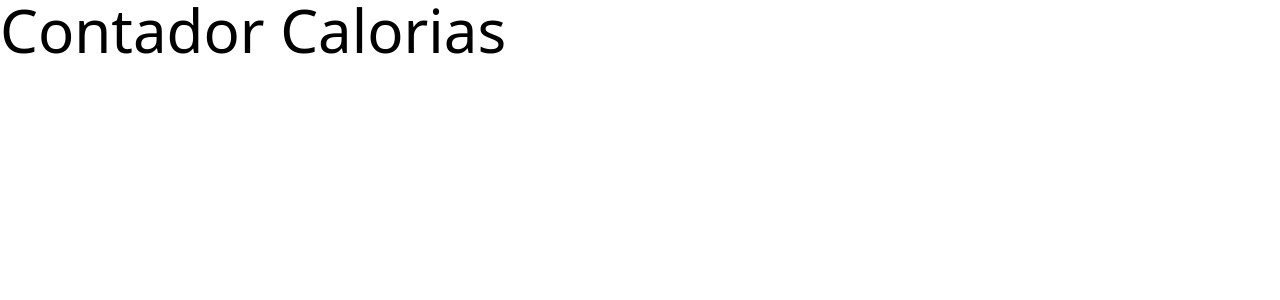
Repository: Matiiu/calorie-tracker
Page: /
The author's editor kept a copy of each file at every save. The page is drawn from the files as they stood at one save, then again after the next save.
The browser window is 1280 px wide. The pictures show the whole page.
The project was rebuilt for these pictures with package versions that can differ from the ones it lists, and the page was loaded fresh each time. Also part of the build but not shown: vite.config.ts.

Above is the page before, as saved 2024-03-30 22:25:56.

After the next save:
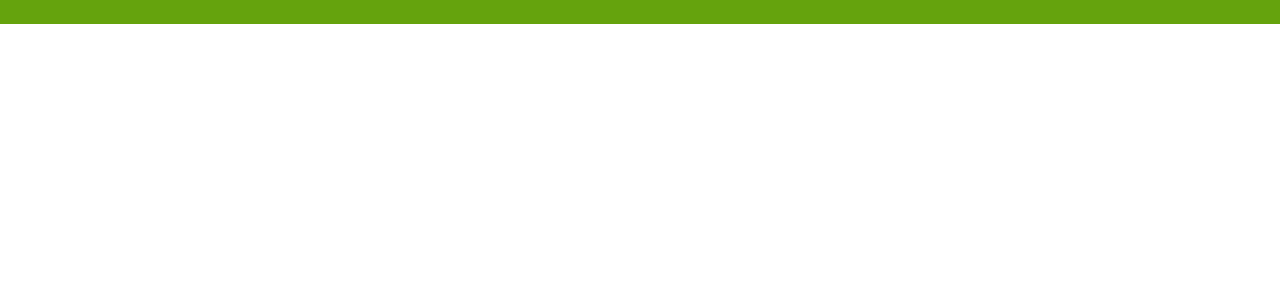
Saved 90 s later.
--- a/src/App.tsx
+++ b/src/App.tsx
@@ -2,7 +2,9 @@
 export default function App() {
   return (
     <>
-      <h1 className=" text-6xl">Contador Calorias</h1>
+      <header className="bg-lime-600 py-3">
+        <div className="max-w-4xl mx-auto flex justify-between"></div>
+      </header>
     </>
   )
 }
